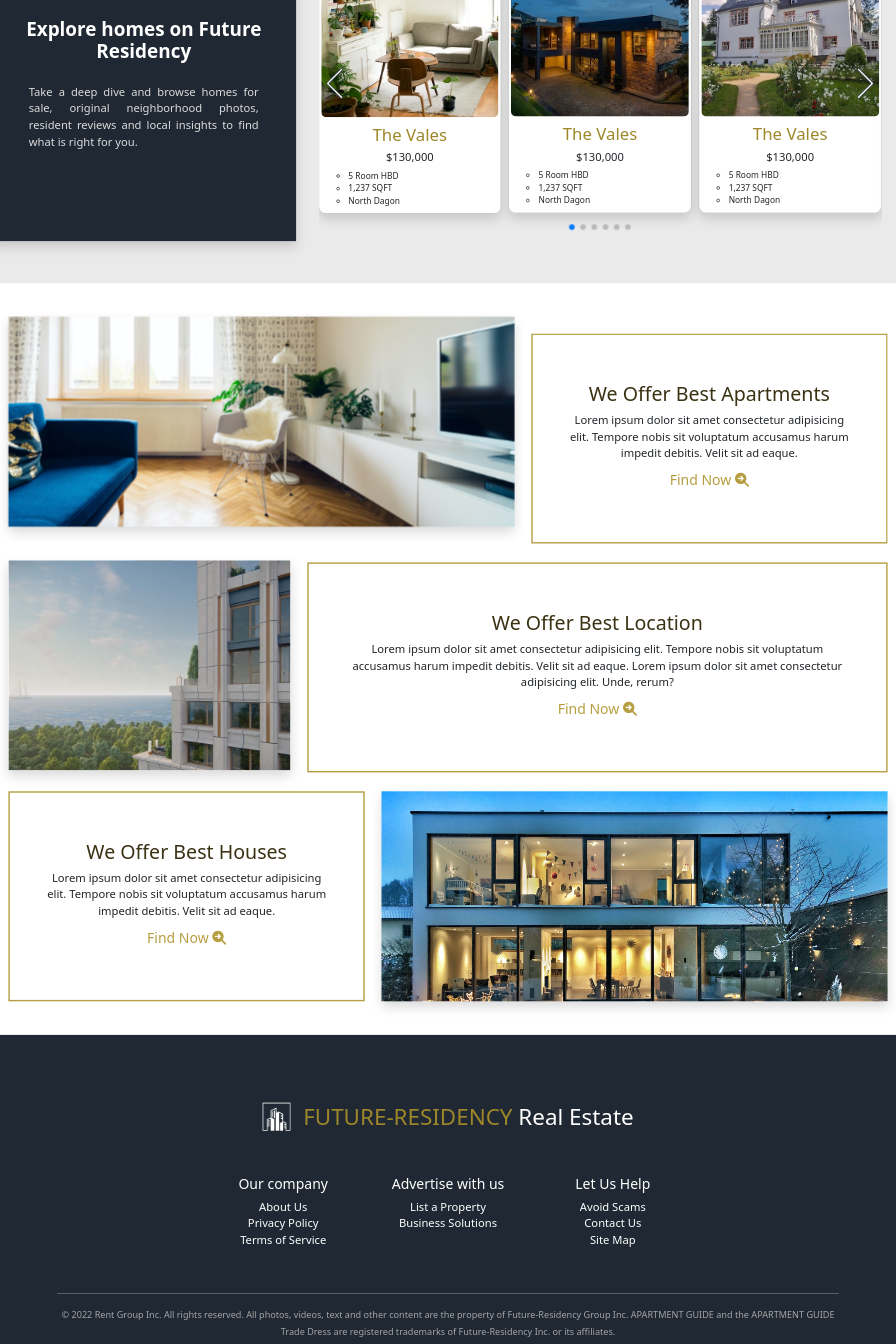
Repository: pyaestk/Future-residency
Page: index.html
The author's editor kept a copy of each file at every save. The page is drawn from the files as they stood at one save, then again after the next save.
The browser window is 1280 px wide. The pictures show the part of the page from y = 869 to 2789 px (the page is 2789 px tall before and 2781 px after), at 70% of full size.
Pictures or frames that could not be fetched are drawn as grey boxes.

Above is the page before, as saved 2022-12-06 22:03:45.
Console error: ReferenceError: widdow is not defined

After the next save:
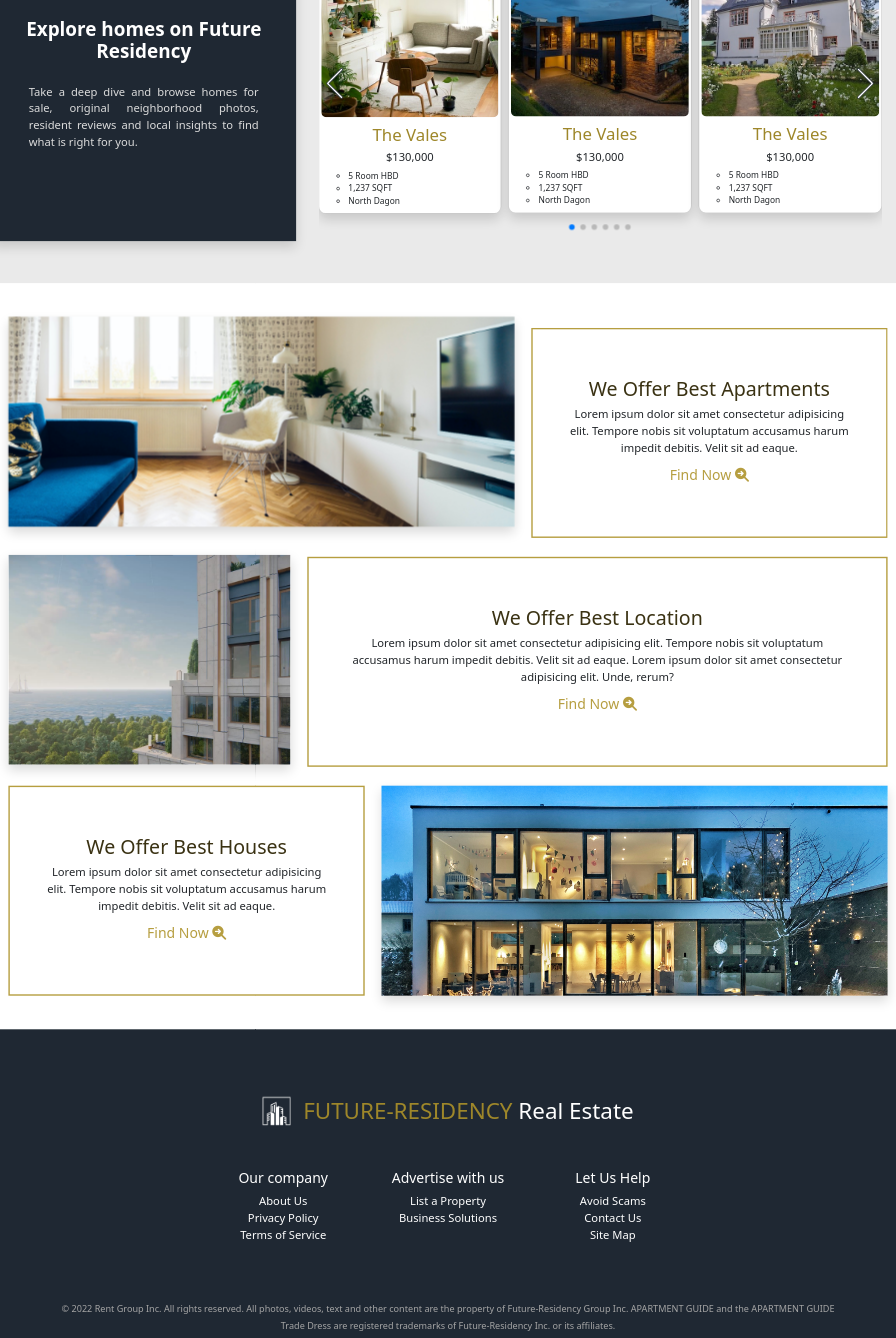
Saved 10 s later.
--- a/index.html
+++ b/index.html
@@ -371,7 +371,7 @@
         </div>
       </div>
       <div class=" col-md-5 d-flex flex-column justify-content-center">
-        <div class="pic1-caption mt-4 d-flex flex-column justify-content-center px-5 align-items-center" id="reveal">
+        <div class="pic1-caption mt-3 d-flex flex-column justify-content-center px-5 align-items-center" id="reveal">
           <h3>We Offer Best Apartments</h3>
           <span>Lorem ipsum dolor sit amet consectetur adipisicing elit.
              Tempore nobis sit voluptatum accusamus harum impedit debitis.
